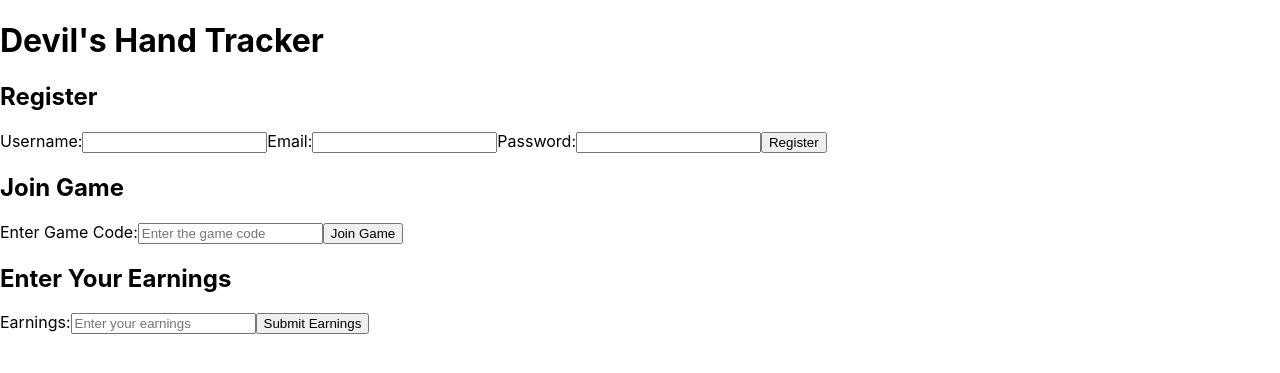
Repository: scripzy/poker-tracker
Page: / (app in poker-website/)
An editor plug-in stored every save of this project. The page is shown before and after the next save, followed by the edit.
The browser window is 1280 px wide. The pictures show the whole page.
The project was rebuilt for these pictures with package versions that can differ from the ones it lists, and the page was loaded fresh each time.

Above is the page before, as saved 2025-02-24 12:57:24.

### poker-website/src/index.js
import React from 'react';
import ReactDOM from 'react-dom/client';
import './index.css';
import App from './App';
import reportWebVitals from './reportWebVitals';

// Create the root element for React 18
const root = ReactDOM.createRoot(document.getElementById('root'));

// Render the App component with React StrictMode for development
root.render(
  <React.StrictMode>
    <App />
  </React.StrictMode>
);

// Report web vitals (performance)
reportWebVitals();

### poker-website/src/App.js
import React from 'react';
import RegisterForm from './components/RegisterForm';
import CreateGameForm from './components/CreateGameForm';
import JoinGameForm from './components/JoinGameForm';
import EarningsForm from './components/EarningsForm';

function App() {
    return (
        <div className="App">
            <h1>Devil's Hand Tracker</h1>
            {/* You can render components directly now */}
            <RegisterForm />
            <JoinGameForm />
            <EarningsForm />
        </div>
    );
}

export default App;

### poker-website/src/components/RegisterForm.js
import React, { useState } from 'react';

function RegisterForm() {
    const [username, setUsername] = useState('');
    const [email, setEmail] = useState('');
    const [password, setPassword] = useState('');

    const handleSubmit = (e) => {
        e.preventDefault();
        console.log('User registered:', { username, email, password });
    };

    return (
        <section id="register">
            <h2>Register</h2>
            <form onSubmit={handleSubmit}>
                <label htmlFor="username">Username:</label>
                <input
                    type="text"
                    id="username"
                    value={username}
                    onChange={(e) => setUsername(e.target.value)}
                    required
                />
                <label htmlFor="email">Email:</label>
                <input
                    type="email"
                    id="email"
                    value={email}
                    onChange={(e) => setEmail(e.target.value)}
                    required
                />
                <label htmlFor="password">Password:</label>
                <input
                    type="password"
                    id="password"
                    value={password}
                    onChange={(e) => setPassword(e.target.value)}
                    required
                />
                <button type="submit">Register</button>
            </form>
        </section>
    );
}

export default RegisterForm; // Default export

### poker-website/src/components/CreateGameForm.js
import React, { useState } from 'react';

function CreateGameForm() {
    // Component logic here...
}

export default CreateGameForm;  // Default export

### poker-website/src/components/JoinGameForm.js
import React, { useState } from 'react';

function JoinGameForm() {
    const [gameCode, setGameCode] = useState('');

    const handleSubmit = (e) => {
        e.preventDefault();
        console.log('Joining game with code:', gameCode);
        // Here, you can verify the game code with the backend and allow the player to join the game.
    };

    return (
        <section id="join-game">
            <h2>Join Game</h2>
            <form onSubmit={handleSubmit}>
                <label htmlFor="gameCode">Enter Game Code:</label>
                <input
                    type="text"
                    id="gameCode"
                    value={gameCode}
                    onChange={(e) => setGameCode(e.target.value)}
                    required
                    placeholder="Enter the game code"
                />
                <button type="submit">Join Game</button>
            </form>
        </section>
    );
}

export default JoinGameForm;

### poker-website/src/components/EarningsForm.js
import React, { useState } from 'react';

function EarningsForm() {
    const [earnings, setEarnings] = useState('');

    const handleSubmit = (e) => {
        e.preventDefault();
        console.log('Earnings submitted:', earnings);
        // You can send this earnings data to the backend here.
    };

    return (
        <section id="earnings">
            <h2>Enter Your Earnings</h2>
            <form onSubmit={handleSubmit}>
                <label htmlFor="earnings">Earnings:</label>
                <input
                    type="number"
                    id="earnings"
                    value={earnings}
                    onChange={(e) => setEarnings(e.target.value)}
                    required
                    placeholder="Enter your earnings"
                />
                <button type="submit">Submit Earnings</button>
            </form>
        </section>
    );
}

export default EarningsForm;

Loaded but not shown: poker-website/public/index.html (common file); poker-website/src/index.css (common file); poker-website/src/reportWebVitals.js (common file)

After the next save:
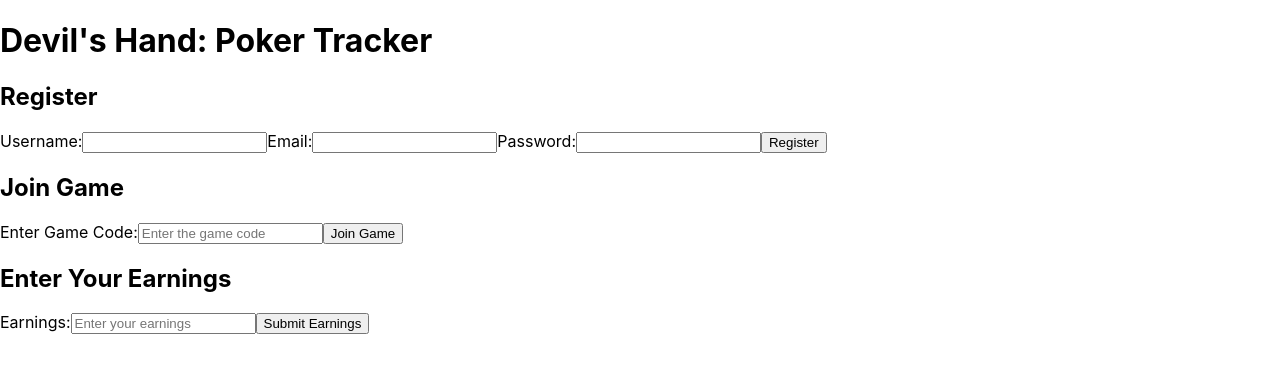
Saved 4 s later.
--- a/poker-website/src/App.js
+++ b/poker-website/src/App.js
@@ -7,7 +7,7 @@ import EarningsForm from './components/EarningsForm';
 function App() {
     return (
         <div className="App">
-            <h1>Devil's Hand Tracker</h1>
+            <h1>Devil's Hand: Poker Tracker</h1>
             {/* You can render components directly now */}
             <RegisterForm />
             <JoinGameForm />
